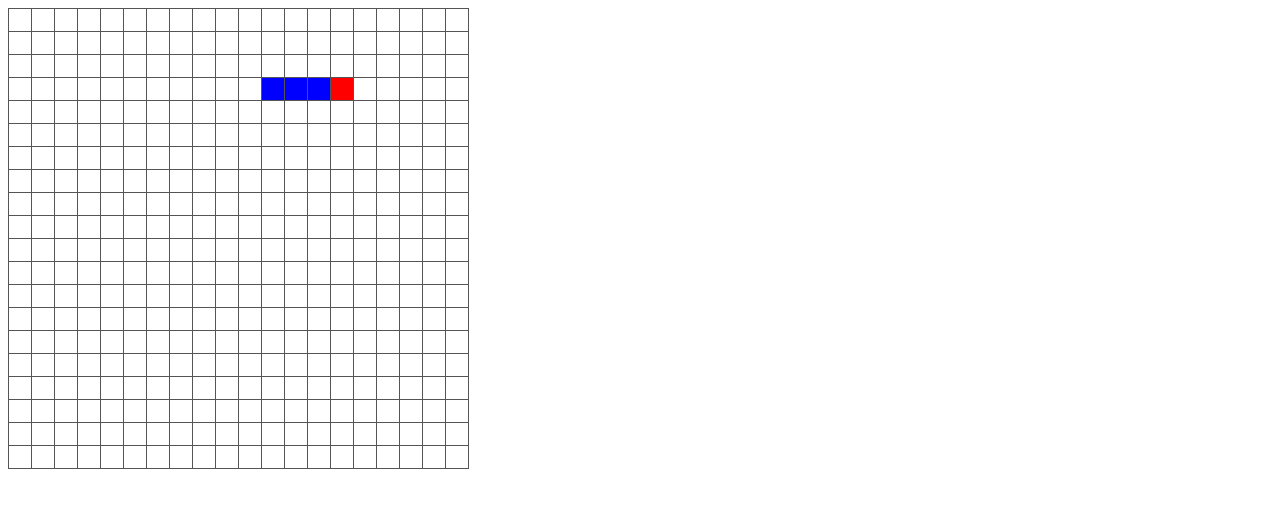
Repository: ycsheng/Games
Page: 01_snake/index.html
The author's editor kept a copy of each file at every save. The page is drawn from the files as they stood at one save, then again after the next save.
The browser window is 1280 px wide. The pictures show the whole page.

Above is the page before, as saved 2021-09-18 16:00:19.

After the next save:
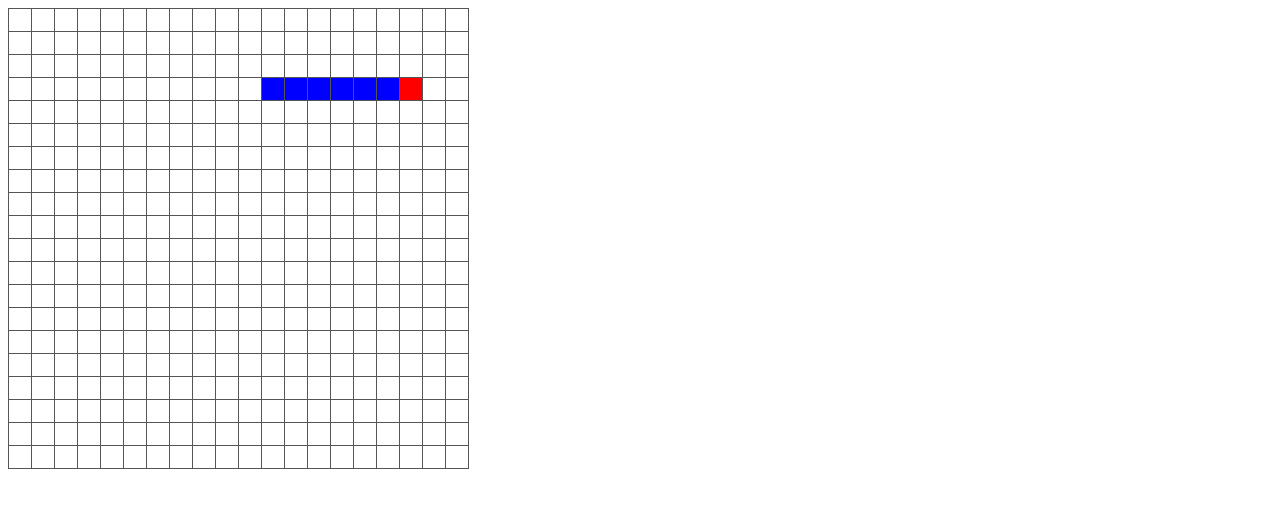
Saved 57 s later.
--- a/01_snake/js/Snake.js
+++ b/01_snake/js/Snake.js
@@ -1,6 +1,9 @@
 function Snake() {
   // 蛇的初始化身体
   this.body  = [
+    {"row": 3, "col": 8},
+    {"row": 3, "col": 7},
+    {"row": 3, "col": 6},
     {"row": 3, "col": 5},
     {"row": 3, "col": 4},
     {"row": 3, "col": 3},
